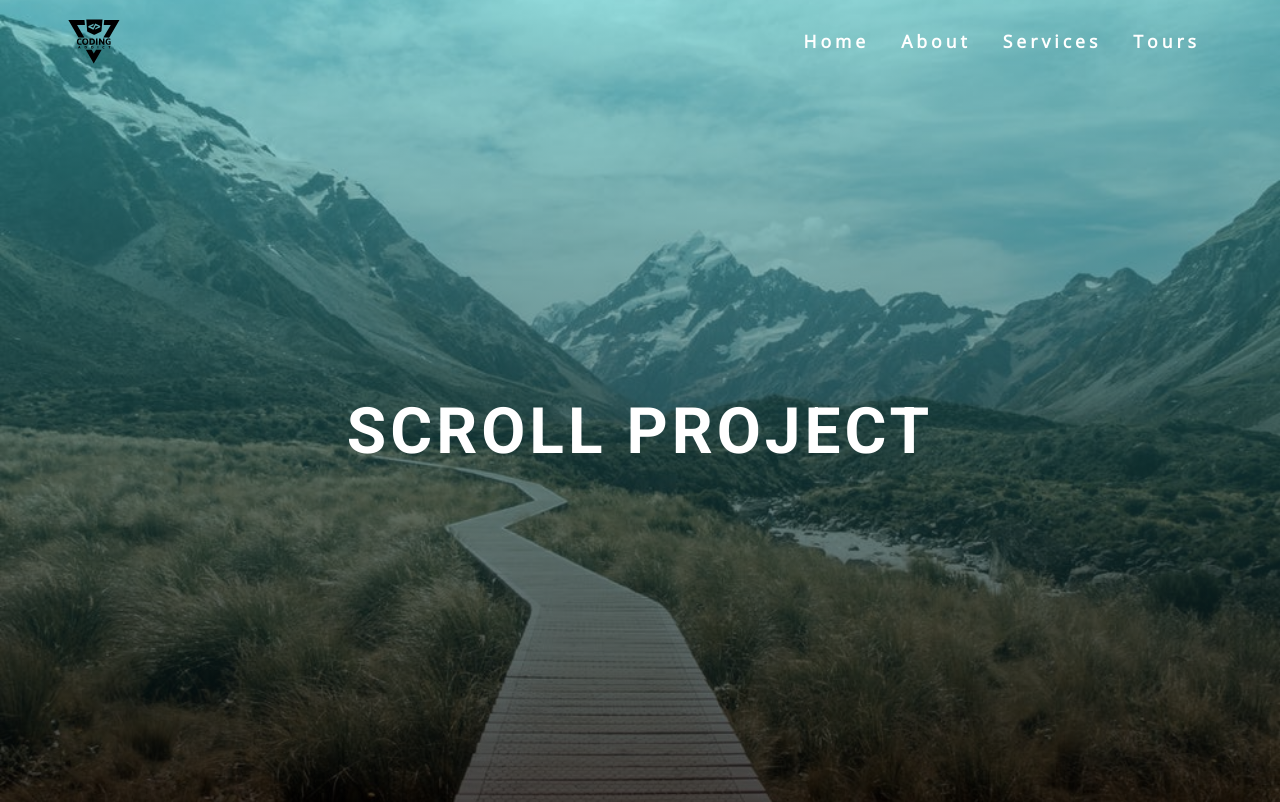
Repository: spidero7/Scroll
Page: index.html
These files come from the project's save history. The page is drawn as it stood at one moment and after the next save; the edit follows.
The browser window is 1280 px wide. The pictures show the whole page.
Some web libraries are served in a nearby version.

Above is the page before, as saved 2021-10-07 06:47:47.

### index.html
<!DOCTYPE html>
<html lang="en">
<head>
    <meta charset="UTF-8">
    <meta http-equiv="X-UA-Compatible" content="IE=edge">
    <meta name="viewport" content="width=device-width, initial-scale=1.0">
    <title>Scroll</title>
    <link rel="stylesheet" href="styles.css">
    <link rel="stylesheet" href="https://cdnjs.cloudflare.com/ajax/libs/font-awesome/5.14.0/css/all.min.css">
</head>
<body>
    <!-- header  -->
    <header id="home">
        <!-- navbar -->
        <nav id="nav">
            <div class="nav-center">
                <!-- nav header  -->
                <div class="nav-header">
                    <img src="./imgs/logo.svg" alt="logo" class="logo"/>
                    <button class="nav-toggle">
                        <i class="fas fa-bars"></i>
                    </button>
                </div>
                <!-- links -->
                <div class="links-container">
                    <ul class="links">
                        <li>
                          <a href="#home" class="scroll-link">home</a>
                        </li>
                        <li>
                          <a href="#about" class="scroll-link">about</a>
                        </li>
                        <li>
                          <a href="#services" class="scroll-link">services</a>
                        </li>
                        <li>
                          <a href="#tours" class="scroll-link">tours</a>
                        </li>
                      </ul>
                </div>
            </div>
        </nav>
        <!-- banner -->
        <div class="banner">
            <div class="container">
                <h1>scroll project</h1>
                <p>

                </p>
            </div>
        </div>
    </header>
    <script src="app.js"></script>
</body>
</html>

### styles.css
/*
===============
Fonts
===============
*/
@import url("https://fonts.googleapis.com/css?family=Open+Sans|Roboto:400,700&display=swap");

/*
===============
Variables
===============
*/

:root {
  /* dark shades of primary color*/
  --clr-primary-1: hsl(205, 86%, 17%);
  --clr-primary-2: hsl(205, 77%, 27%);
  --clr-primary-3: hsl(205, 72%, 37%);
  --clr-primary-4: hsl(205, 63%, 48%);
  /* primary/main color */
  --clr-primary-5: #49a6e9;
  /* lighter shades of primary color */
  --clr-primary-6: hsl(205, 89%, 70%);
  --clr-primary-7: hsl(205, 90%, 76%);
  --clr-primary-8: hsl(205, 86%, 81%);
  --clr-primary-9: hsl(205, 90%, 88%);
  --clr-primary-10: hsl(205, 100%, 96%);
  /* darkest grey - used for headings */
  --clr-grey-1: hsl(209, 61%, 16%);
  --clr-grey-2: hsl(211, 39%, 23%);
  --clr-grey-3: hsl(209, 34%, 30%);
  --clr-grey-4: hsl(209, 28%, 39%);
  /* grey used for paragraphs */
  --clr-grey-5: hsl(210, 22%, 49%);
  --clr-grey-6: hsl(209, 23%, 60%);
  --clr-grey-7: hsl(211, 27%, 70%);
  --clr-grey-8: hsl(210, 31%, 80%);
  --clr-grey-9: hsl(212, 33%, 89%);
  --clr-grey-10: hsl(210, 36%, 96%);
  --clr-white: #fff;
  --clr-red-dark: hsl(360, 67%, 44%);
  --clr-red-light: hsl(360, 71%, 66%);
  --clr-green-dark: hsl(125, 67%, 44%);
  --clr-green-light: hsl(125, 71%, 66%);
  --clr-secondary: hsla(182, 63%, 54%);
  --clr-black: #222;
  --ff-primary: "Roboto", sans-serif;
  --ff-secondary: "Open Sans", sans-serif;
  --transition: all 0.3s linear;
  --spacing: 0.25rem;
  --radius: 0.5rem;
  --light-shadow: 0 5px 15px rgba(0, 0, 0, 0.1);
  --dark-shadow: 0 5px 15px rgba(0, 0, 0, 0.2);
  --max-width: 1170px;
  --fixed-width: 620px;
}
/*
===============
Global Styles
===============
*/
html {
  scroll-behavior: smooth;
}
*,
::after,
::before {
  margin: 0;
  padding: 0;
  box-sizing: border-box;
}
body {
  font-family: var(--ff-secondary);
  background: var(--clr-grey-10);
  color: var(--clr-grey-1);
  line-height: 1.5;
  font-size: 0.875rem;
}
ul {
  list-style-type: none;
}
a {
  text-decoration: none;
}
img:not(.logo) {
  width: 100%;
}
img {
  display: block;
}

h1,
h2,
h3,
h4 {
  letter-spacing: var(--spacing);
  text-transform: capitalize;
  line-height: 1.25;
  margin-bottom: 0.75rem;
  font-family: var(--ff-primary);
}
h1 {
  font-size: 3rem;
}
h2 {
  font-size: 2rem;
}
h3 {
  font-size: 1.25rem;
}
h4 {
  font-size: 0.875rem;
}
p {
  margin-bottom: 1.25rem;
  color: var(--clr-grey-5);
}
@media screen and (min-width: 800px) {
  h1 {
    font-size: 4rem;
  }
  h2 {
    font-size: 2.5rem;
  }
  h3 {
    font-size: 1.75rem;
  }
  h4 {
    font-size: 1rem;
  }
  body {
    font-size: 1rem;
  }
  h1,
  h2,
  h3,
  h4 {
    line-height: 1;
  }
}
/*  global classes */

.btn {
  text-transform: uppercase;
  background: transparent;
  color: var(--clr-black);
  padding: 0.375rem 0.75rem;
  letter-spacing: var(--spacing);
  display: inline-block;
  transition: var(--transition);
  font-size: 0.875rem;
  border: 2px solid var(--clr-black);
  cursor: pointer;
  box-shadow: 0 1px 3px rgba(0, 0, 0, 0.2);
  border-radius: var(--radius);
}
.btn:hover {
  color: var(--clr-white);
  background: var(--clr-black);
}
.btn-white {
  color: var(--clr-white);
  border-color: var(--clr-white);
  border-radius: 0;
  padding: 0.5rem 1rem;
}
.btn:hover {
  background: var(--clr-white);
  color: var(--clr-secondary);
}
/* section */
.section {
  padding-bottom: 5rem;
}

.section-center {
  width: 90vw;
  margin: 0 auto;
  max-width: 1170px;
}
@media screen and (min-width: 992px) {
  .section-center {
    width: 95vw;
  }
}
main {
  min-height: 100vh;
  display: grid;
  place-items: center;
}
/*
===============
Scroll
===============
*/
/* navbar */
nav {
  background: var(--clr-white);
  padding: 1rem 1.5rem;
}
/* fixed nav */
.fixed-nav {
  position: fixed;
  top: 0;
  left: 0;
  width: 100%;
  background: var(--clr-white);
  box-shadow: var(--light-shadow);
}
.fixed-nav .links a {
  color: var(--clr-grey-1);
}
.fixed-nav .links a:hover {
  color: var(--clr-secondary);
}
/* .fixed-nav .links-container {
  height: auto !important;
} */
.nav-header {
  display: flex;
  align-items: center;
  justify-content: space-between;
}
.nav-toggle {
  font-size: 1.5rem;
  color: var(--clr-grey-1);
  background: transparent;
  border-color: transparent;
  transition: var(--transition);
  cursor: pointer;
}
.nav-toggle:hover {
  color: var(--clr-secondary);
}
.logo {
  height: 50px;
}
.links-container {
  height: 0;
  overflow: hidden;
  transition: var(--transition);
}
.show-links {
  height: 200px;
}
.links a {
  background: var(--clr-white);
  color: var(--clr-grey-5);
  font-size: 1.1rem;
  text-transform: capitalize;
  letter-spacing: var(--spacing);
  display: block;
  transition: var(--transition);
  font-weight: bold;
  padding: 0.75rem 0;
}
.links a:hover {
  color: var(--clr-grey-1);
}
@media screen and (min-width: 800px) {
  nav {
    background: transparent;
  }
  .nav-center {
    width: 90vw;
    max-width: 1170px;
    margin: 0 auto;
    display: flex;
    align-items: center;
    justify-content: space-between;
  }
  .nav-header {
    padding: 0;
  }
  .nav-toggle {
    display: none;
  }
  .links-container {
    height: auto !important;
  }
  .links {
    display: flex;
  }
  .links a {
    background: transparent;
    color: var(--clr-white);
    font-size: 1.1rem;
    text-transform: capitalize;
    letter-spacing: var(--spacing);
    display: block;
    transition: var(--transition);
    margin: 0 1rem;
    font-weight: bold;
    padding: 0;
  }
  .links a:hover {
    color: var(--clr-white);
  }
}
/* hero */
header {
  min-height: 100vh;
  background: linear-gradient(rgba(63, 208, 212, 0.5), rgba(0, 0, 0, 0.7)),
    url(./hero-bcg.jpeg) center/cover no-repeat;
}
.banner {
  min-height: 100vh;
  display: grid;
  place-items: center;
  text-align: center;
}
.container h1 {
  color: var(--clr-white);
  text-transform: uppercase;
}
.container p {
  color: var(--clr-white);
  max-width: 25rem;
  margin: 0 auto;
  margin-bottom: 1.25rem;
}
@media screen and (min-width: 768px) {
  .container p {
    max-width: 40rem;
  }
}
/* sections and title */
.title h2 {
  text-align: center;
  text-transform: uppercase;
}
.title span {
  color: var(--clr-secondary);
}
#about,
#services,
#tours {
  height: 80vh;
}
#services {
  background: var(--clr-white);
}
footer {
  background: var(--clr-grey-1);
  padding: 5rem 1rem;
}
footer p {
  color: var(--clr-white);
  text-align: center;
  text-transform: capitalize;
  letter-spacing: var(--spacing);
  margin-bottom: 0;
}

.top-link {
  font-size: 1.25rem;
  position: fixed;
  bottom: 3rem;
  right: 3rem;
  background: var(--clr-secondary);
  width: 2rem;
  height: 2rem;
  display: grid;
  place-items: center;
  border-radius: var(--radius);
  color: var(--clr-white);
  animation: bounce 2s ease-in-out infinite;

  visibility: hidden;
  z-index: -100;
}
.show-link {
  visibility: visible;
  z-index: 100;
}

@keyframes bounce {
  0% {
    transform: scale(1);
  }
  50% {
    transform: scale(1.5);
  }
  100% {
    transform: scale(1);
  }
}

Loaded but not shown: app.js (no stored copy; drawn as an empty file)

After the next save:
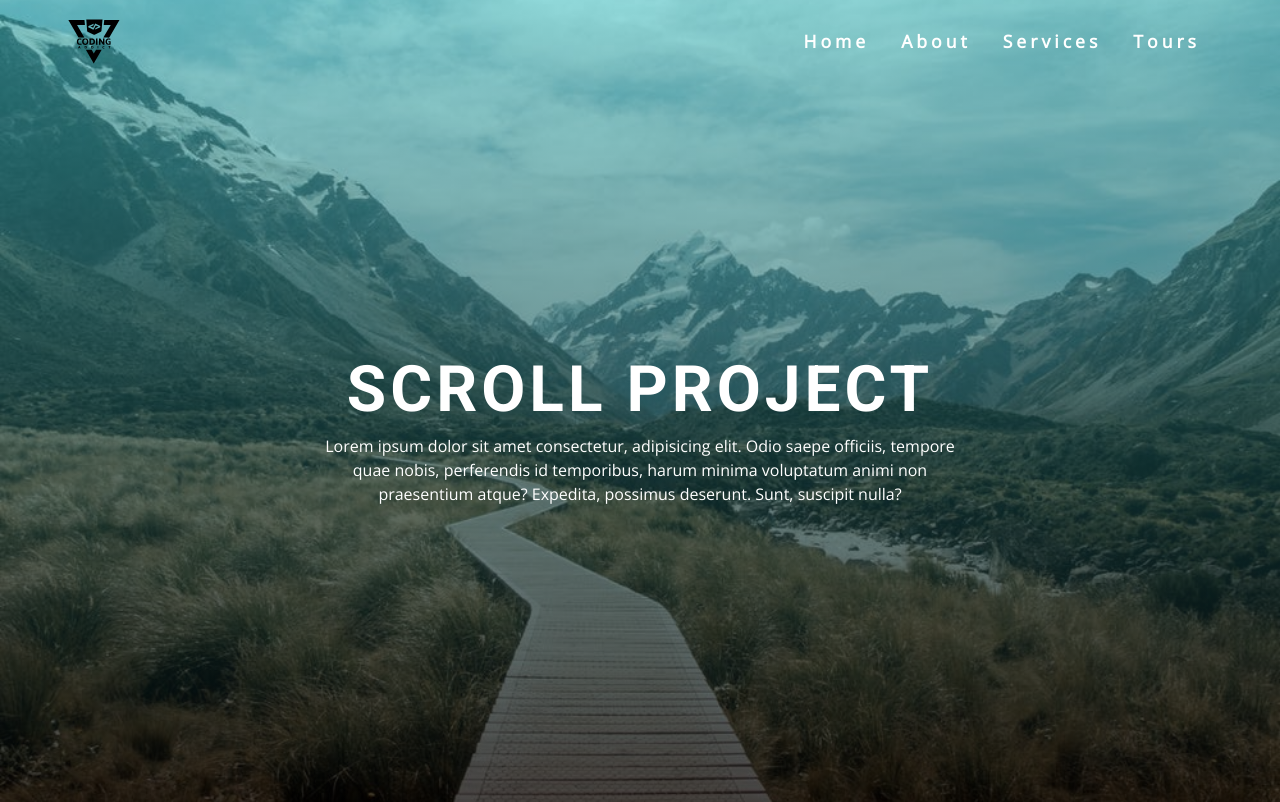
Saved 4 s later.
--- a/index.html
+++ b/index.html
@@ -45,7 +45,7 @@
             <div class="container">
                 <h1>scroll project</h1>
                 <p>
-
+                    Lorem ipsum dolor sit amet consectetur, adipisicing elit. Odio saepe officiis, tempore quae nobis, perferendis id temporibus, harum minima voluptatum animi non praesentium atque? Expedita, possimus deserunt. Sunt, suscipit nulla?
                 </p>
             </div>
         </div>
